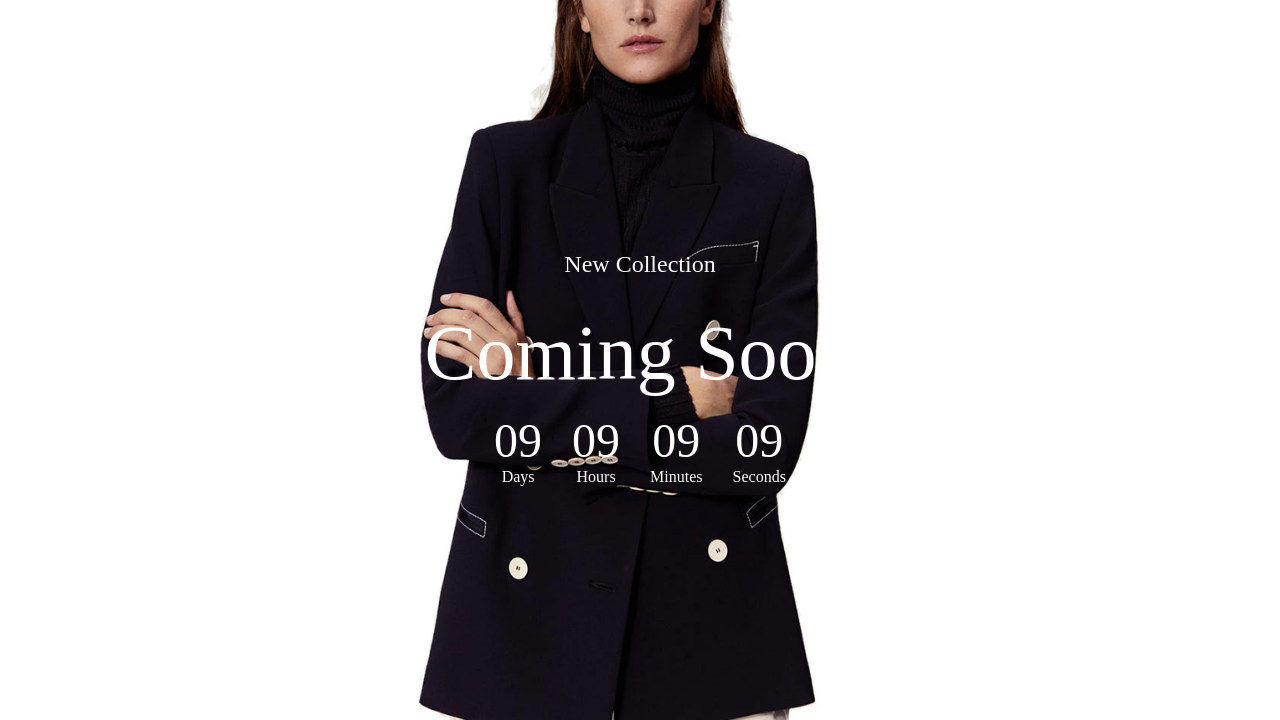
Repository: ST-United-Internship/Modaz-4life
Page: comingsoon&FAQ/coming-soon.html
An editor plug-in stored every save of this project. The page is shown before and after the next save, followed by the edit.
The browser window is 1280 px wide. The pictures show the whole page.

Above is the page before, as saved 2023-03-21 14:51:38.

### comingsoon&FAQ/coming-soon.html
<!DOCTYPE html>
<html lang="en">
<head>
    <meta charset="UTF-8">
    <meta http-equiv="X-UA-Compatible" content="IE=edge">
    <meta name="viewport" content="width=device-width, initial-scale=1.0">
    <link rel="stylesheet" type="text/css" href="css/layout.css">
    <title>Document</title>
</head>
<body>
    <section class="container">
        <img src="Assets/Images/bg-parallax2.jpg" alt="">
        <header>New Collection</header>
        <p>Coming Soon</p>
        <div class="time-titles">
            <div class="time days">
                <span class="number">09</span>
                <span class="title-text">Days</span>
            </div>
            <div class="time hours">
                <span class="number">09</span>
                <span class="title-text">Hours</span>
            </div>
            <div class="time minutes">
                <span class="number">09</span>
                <span class="title-text">Minutes</span>
            </div>
            <div class="time seconds">
                <span class="number">09</span>
                <span class="title-text">Seconds</span>
            </div>
        </div>
       </section>
    </section>
</body>
</html>

### comingsoon&FAQ/css/layout.css
/* *{
    margin:0;
    padding: 0;
    font-family: 'Lucida Sans', 'Lucida Sans Regular', 'Lucida Grande', 'Lucida Sans Unicode', Geneva, Verdana, sans-serif;
    box-sizing: border-box;
}

.header{
    background: red;
}


body .container{
    width: 100vw;
    height: 100vh;
    background-image: url(../Assets/Images/bg-parallax2.jpg);
    background-position: center;
    background-color: red
} */
/*
.boxed{
    background: red;
}
.parallax2{
    background-image: url(../Assets/Images/bg-parallax2.jpg);
    height: 110vh;
    background-position: center;

}

.parallax2 .overlay{
    position: absolute;
    background-position: center;
    width: 100%;
    height: 70%;
    top: 0;
    left: 0;
    background: rgba(0,0,0,.5);
} */

*{
    margin: 0;
    padding: 0;
    box-sizing: border-box;
}
.container{
    height: 100vh;
    row-gap: 15px;
    width: 100%;
    display: flex;
    justify-content: center;
    flex-direction: column;
    overflow: hidden;
    align-items: center;
}

.container img{
    position: absolute;
    height: 100%;
    width: 100%;
    object-fit: cover;
    z-index: -1;
}

.container header{
    line-height: 58px;
    color: #fff;
    font-size: 24px;
}

.container p{
    color: #fff;
    font-size: 78px;
    line-height: 90px;
    font-weight: 500;
}

.container .time-titles{
    display: flex;
    column-gap: 30px;
}

.time-titles .time{
    display: flex;
    align-items: center;
    flex-direction: column;
}

.time .number{
    font-size: 48px;
    text-transform: capitalize;
}

.time .number,.time .title-text{
    color: #fff;
}

After the next save:
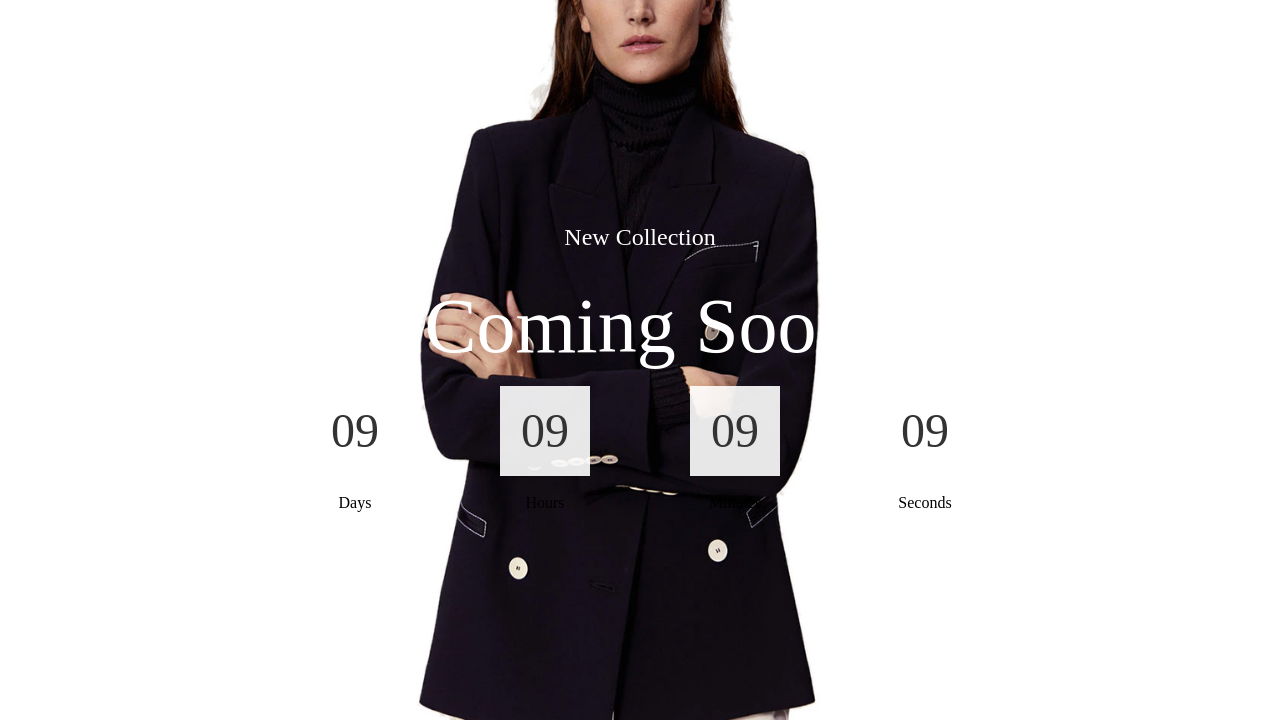
Saved 56 s later.
--- a/comingsoon&FAQ/css/layout.css
+++ b/comingsoon&FAQ/css/layout.css
@@ -88,6 +88,15 @@ body .container{
 
 .time .number{
     font-size: 48px;
+    line-height: 90px;
+    font-weight: 500;
+    color: #333;
+    width: 90px;
+    height: 90px;
+    background: rgba(255,255,255,.9);
+    text-align: center;
+    margin: 0 35px 18px;
+}
     text-transform: capitalize;
 }
 
